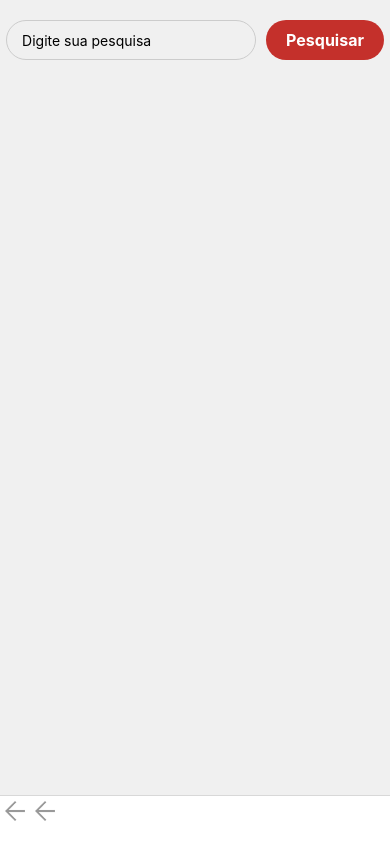
Repository: isaqkee/Youtube-API
Screen: /Home (app in youtubeAPI/)
An editor plug-in stored every save of this project. The screen is shown before and after a run of saves, followed by the edit.
The app was drawn by React Native's web renderer in a window 390 px wide. The project was rebuilt for these pictures with package versions that can differ from the ones it lists, and the page was loaded fresh each time. Also part of the build but not shown: youtubeAPI/VimeoScreen.js.

Above is the screen before, as saved 2024-05-27 22:43:47.

After the next 2 saves:
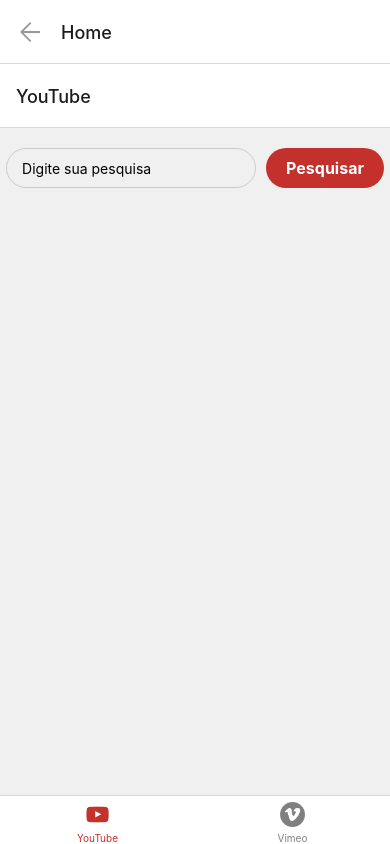
The 2 saves are shown as one change because they came seconds apart.
The last was saved 30 s later.
--- a/youtubeAPI/App.js
+++ b/youtubeAPI/App.js
@@ -29,32 +29,8 @@
         inactiveTintColor: 'gray',
       }}
     >
-      <Tab.Screen
-        name="YouTube"
-        component={YoutubeScreen}
-        options={({ navigation }) => ({
-          tabBarLabel: 'YouTube',
-          headerShown: false,
-          tabBarButton: () => (
-            <TouchableOpacity onPress={() => navigation.navigate('Welcome')}>
-              <Image source={require('./assets/back.png')} style={{ width: 30, height: 30 }} />
-            </TouchableOpacity>
-          )
-        })}
-      />
-      <Tab.Screen
-        name="Vimeo"
-        component={VimeoScreen}
-        options={({ navigation }) => ({
-          tabBarLabel: 'Vimeo',
-          headerShown: false,
-          tabBarButton: () => (
-            <TouchableOpacity onPress={() => navigation.navigate('Welcome')}>
-              <Image source={require('./assets/back.png')} style={{ width: 30, height: 30 }} />
-            </TouchableOpacity>
-          )
-        })}
-      />
+      <Tab.Screen name="YouTube" component={YoutubeScreen} />
+      <Tab.Screen name="Vimeo" component={VimeoScreen} />
     </Tab.Navigator>
   );
 }
@@ -73,9 +49,14 @@
         <Stack.Screen
           name="Home"
           component={HomeTabs}
-          options={{
-            headerShown: false
-          }}
+          options={({ navigation }) => ({
+            headerLeft: () => (
+              <TouchableOpacity onPress={() => navigation.navigate('Welcome')}>
+                <Image source={require('./assets/back.png')} style={{ width: 30, height: 30, marginLeft: 15 }} />
+              </TouchableOpacity>
+            ),
+            headerShown: true
+          })}
         />
       </Stack.Navigator>
     </NavigationContainer>
